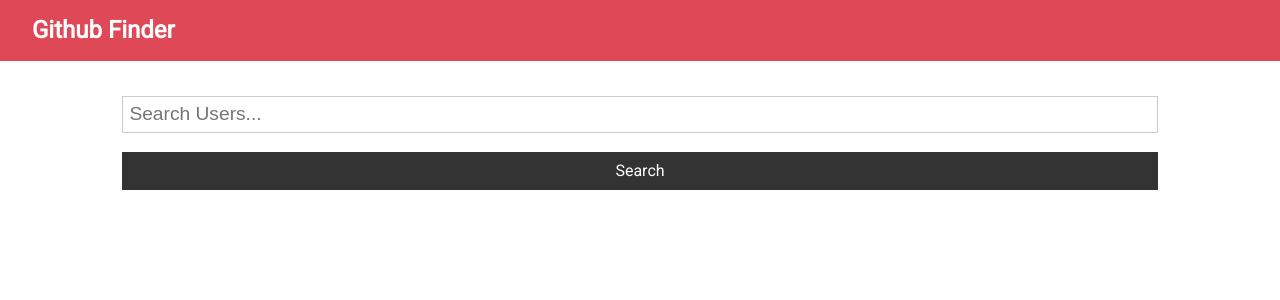
Repository: lamilekan263/githu_finder
Page: /
The author's editor kept a copy of each file at every save. The page is drawn from the files as they stood at one save, then again after a run of saves.
The browser window is 1280 px wide. The pictures show the whole page.
The project was rebuilt for these pictures with package versions that can differ from the ones it lists, and the page was loaded fresh each time. Also part of the build but not shown: src/component/spinner.jsx, src/component/UserProfile/Userprofile.jsx.

Above is the page before, as saved 2020-07-22 13:56:19.

After the next 3 saves:
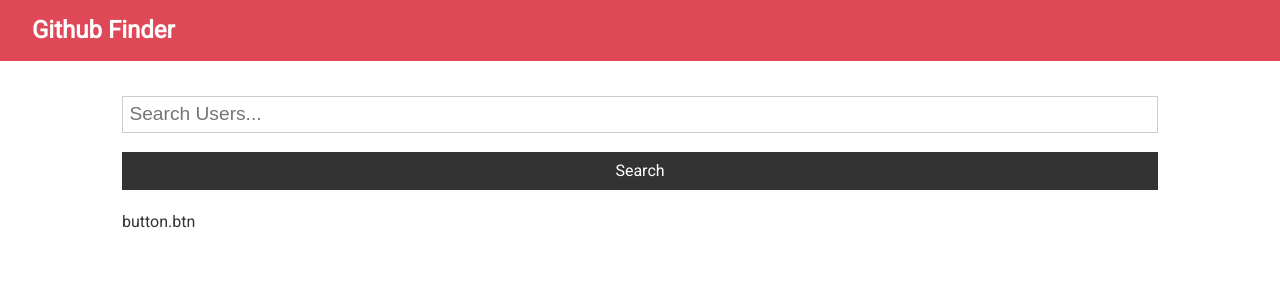
The 3 saves are shown as one change because they came seconds apart.
The last was saved 118 s later.
--- a/src/component/UserProfile/Search.jsx
+++ b/src/component/UserProfile/Search.jsx
@@ -26,6 +26,7 @@
                     <input type="text" name="text" placeholder="Search Users..." onChange={this.onChange} value={this.state.text}/>
                     <input type="submit" value="Search" className="btn btn-dark btn-block"/>
                 </form>
+                button.btn
             </div>
         )
     }
